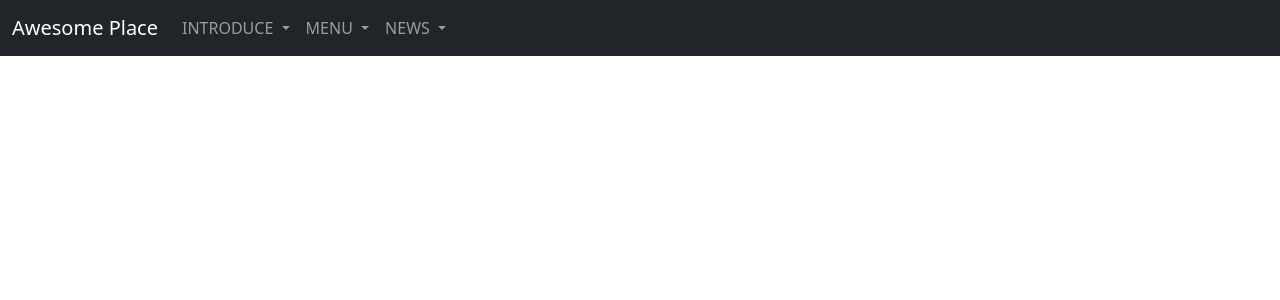
Repository: sikim0629/AwesomePlace
Page: http://localhost/awesomePlace/main.jsp
These files come from the project's save history. The page is drawn as it stood at one moment and after the next save; the edit follows.
The browser window is 1280 px wide. The pictures show the whole page.
The page is served by Tomcat 9. Nobody is signed in. The application's start-up code is not run. Other server files are loaded and not shown.

Above is the page before, as saved 2021-11-12 09:50:54.

### awesomePlace/WebContent/main.jsp
<%@ page language="java" contentType="text/html; charset=UTF-8"
    pageEncoding="UTF-8"%>
<!DOCTYPE html>
<html>
<head>
<meta charset="UTF-8">
<title>Insert title here</title>
</head>
<body>
<%@ include file = "/header.jsp" %>



<%@ include file = "/footer.jsp" %>

</body>
</html>

### awesomePlace/WebContent/header.jsp
<%@ page language="java" contentType="text/html; charset=UTF-8"
    pageEncoding="UTF-8"%>
<!doctype html>
<html lang="en">
  <head>
    <!-- Required meta tags -->
    <meta charset="utf-8">
    <meta name="viewport" content="width=device-width, initial-scale=1">

    <!-- Bootstrap CSS -->
    <link href="https://cdn.jsdelivr.net/npm/bootstrap@5.1.3/dist/css/bootstrap.min.css" rel="stylesheet" integrity="sha384-1BmE4kWBq78iYhFldvKuhfTAU6auU8tT94WrHftjDbrCEXSU1oBoqyl2QvZ6jIW3" crossorigin="anonymous">

    <title>어썸플레이스</title>
  </head>
  <body>
	<nav class="navbar navbar-expand-lg navbar-dark bg-dark">
  		<div class="container-fluid">
    		<a class="navbar-brand" href="/index.html">Awesome Place</a>
    		<button class="navbar-toggler" type="button" data-bs-toggle="collapse" data-bs-target="#navbarNavDropdown" aria-controls="navbarNavDropdown" aria-expanded="false" aria-label="Toggle navigation">
      			<span class="navbar-toggler-icon"></span>
    		</button>
	    <div class="collapse navbar-collapse" id="navbarNavDropdown">
	      <ul class="navbar-nav">
	        <li class="nav-item dropdown">
	          <a class="nav-link dropdown-toggle" href="#" id="navbarDropdownMenuLink" role="button" data-bs-toggle="dropdown" aria-expanded="false">
	            INTRODUCE
	          </a>
	          <ul class="dropdown-menu" aria-labelledby="navbarDropdownMenuLink">
	            <li><a class="dropdown-item" href="#">카페소개</a></li>
	            <li><a class="dropdown-item" href="#">매장찾기</a></li>
	          </ul>
	        </li>
	        <li class="nav-item dropdown">
	          <a class="nav-link dropdown-toggle" href="#" id="navbarDropdownMenuLink" role="button" data-bs-toggle="dropdown" aria-expanded="false">
	            MENU
	          </a>
	          <ul class="dropdown-menu" aria-labelledby="navbarDropdownMenuLink">
	            <li><a class="dropdown-item" href="#">COFFEE</a></li>
	            <li><a class="dropdown-item" href="#">TEA</a></li>
	            <li><a class="dropdown-item" href="#">JUICE</a></li>
	          </ul>
	        </li>
	        <li class="nav-item dropdown">
	          <a class="nav-link dropdown-toggle" href="#" id="navbarDropdownMenuLink" role="button" data-bs-toggle="dropdown" aria-expanded="false">
	            NEWS
	          </a>
	          <ul class="dropdown-menu" aria-labelledby="navbarDropdownMenuLink">
	            <li><a class="dropdown-item" href="#">공지사항</a></li>
	            <li><a class="dropdown-item" href="#">이달의 이벤트</a></li>
	            <li><a class="dropdown-item" href="#">이달의 메뉴</a></li>
	          </ul>
	        </li>
	      </ul>
	    </div>
	  </div>
</nav>

    <script src="https://cdn.jsdelivr.net/npm/bootstrap@5.1.3/dist/js/bootstrap.bundle.min.js" integrity="sha384-ka7Sk0Gln4gmtz2MlQnikT1wXgYsOg+OMhuP+IlRH9sENBO0LRn5q+8nbTov4+1p" crossorigin="anonymous"></script>

  </body>
</html>

Loaded but not shown: awesomePlace/WebContent/footer.jsp (common file)

After the next save:
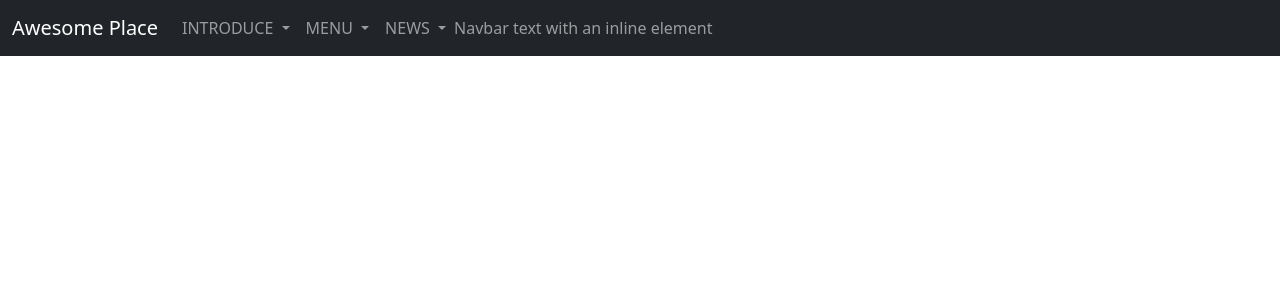
Saved 38 s later.
--- a/awesomePlace/WebContent/header.jsp
+++ b/awesomePlace/WebContent/header.jsp
@@ -51,6 +51,9 @@
 	          </ul>
 	        </li>
 	      </ul>
+	       <span class="navbar-text">
+        Navbar text with an inline element
+    	  </span>
 	    </div>
 	  </div>
 </nav>

After the save that followed:
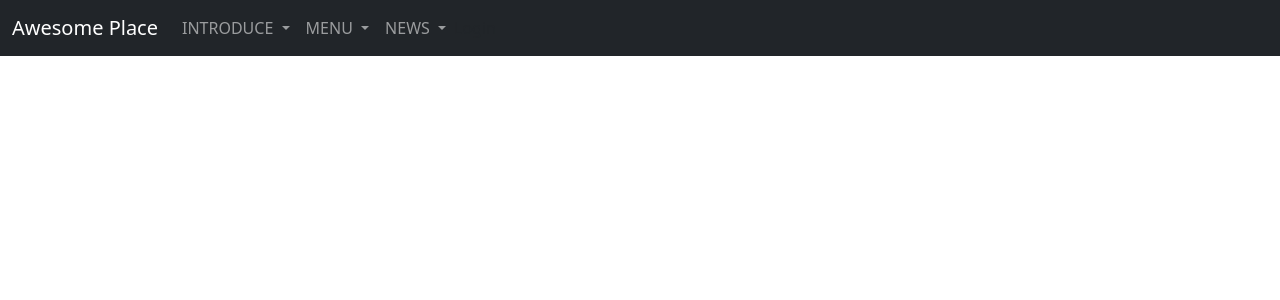
Saved 16 s later.
--- a/awesomePlace/WebContent/header.jsp
+++ b/awesomePlace/WebContent/header.jsp
@@ -51,8 +51,8 @@
 	          </ul>
 	        </li>
 	      </ul>
-	       <span class="navbar-text">
-        Navbar text with an inline element
+	       <span class="navbar-button">
+        Login
     	  </span>
 	    </div>
 	  </div>
